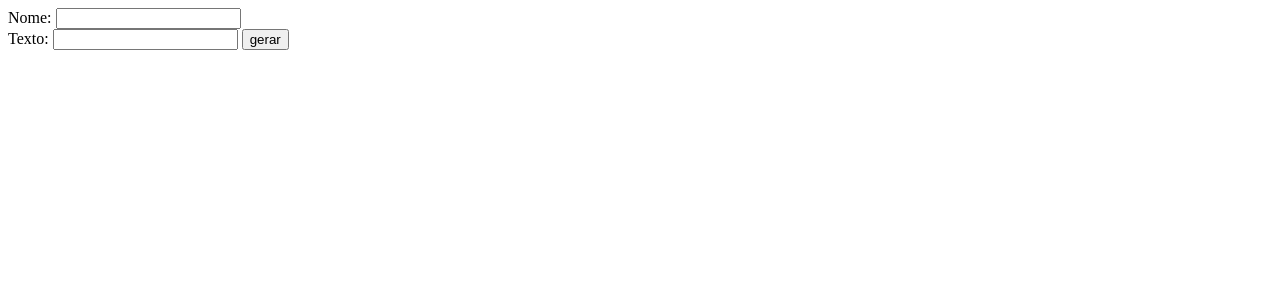
Repository: bVerneck/javaTex
Page: motos/src/main/webapp/form.html
These files come from the project's save history. The page is drawn as it stood at one moment and after the next save; the edit follows.
The browser window is 1280 px wide. The pictures show the whole page.

Above is the page before, as saved 2023-03-08 17:02:48.

### motos/src/main/webapp/form.html
<html>
    <body>
         <form action="/motos/home"/>
         Nome: <input type"text" name="nome">
         <br>
         Texto: <input type="text"/>
         <input type="submit" value="gerar" name="text"/>
         </form>

    </body>


</html>

After the next save:
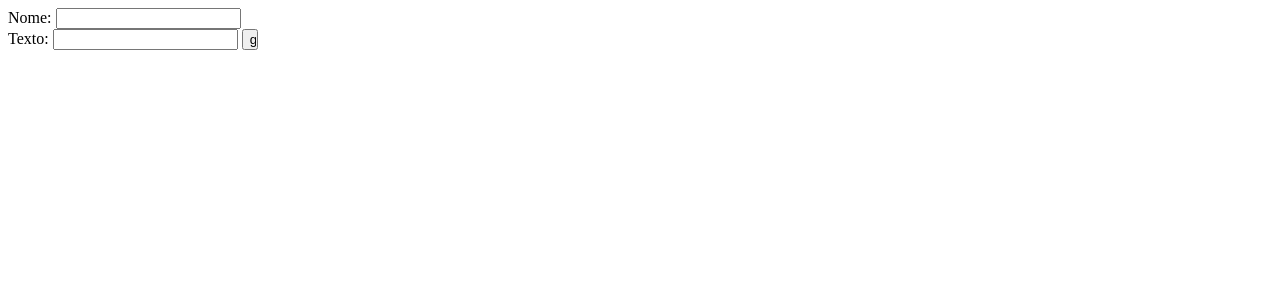
Saved 76 s later.
--- a/motos/src/main/webapp/form.html
+++ b/motos/src/main/webapp/form.html
@@ -4,7 +4,7 @@
          Nome: <input type"text" name="nome">
          <br>
          Texto: <input type="text"/>
-         <input type="submit" value="gerar" name="text"/>
+         <input type="submit" value="gerar" name="text" style="width:10px"/>
          </form>
 
     </body>
